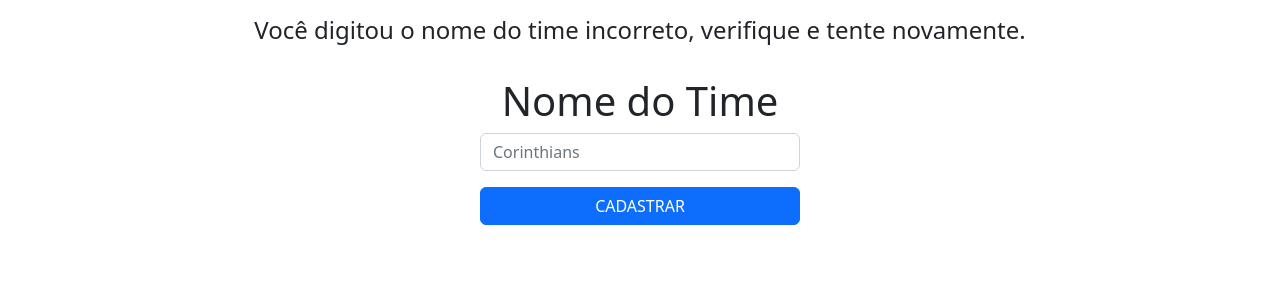
Repository: ricardodamaceno/Coeficiente-de-Variacao-de-Gols
Page: http://localhost/add-erro
These files come from the project's save history. The page is drawn as it stood at one moment and after the next save; the edit follows.
The browser window is 1280 px wide. The pictures show the whole page.
The page is this project's Thymeleaf template; nobody is signed in. The template is opened directly, without the code that normally fills it, so the values that code supplies are empty.

Above is the page before, as saved 2022-09-14 14:31:57.

### aposta-tozo/src/main/resources/templates/add-erro.html
<!DOCTYPE html>
<html xmlns:th="http://www.thymeleaf.org">
<head>
<meta name="viewport"
	content="width = device-width, initial-scale = 1, shrink-to-fit = no">
<!-- CSS only -->
<link
	href="https://cdn.jsdelivr.net/npm/bootstrap@5.2.1/dist/css/bootstrap.min.css"
	rel="stylesheet"
	integrity="sha384-iYQeCzEYFbKjA/T2uDLTpkwGzCiq6soy8tYaI1GyVh/UjpbCx/TYkiZhlZB6+fzT"
	crossorigin="anonymous">
<title>Apostas Esportivas</title>
</head>

<body>
<h4 class="mb-3 mt-3 text-center">Você digitou o nome do time incorreto, verifique e tente novamente.</h4>
<div class="col-md-3 rounded mx-auto d-block">
	<form method="post" action="/add">
		<div class="mb-3 text-center">
			<label for="exampleInputEmail1" class="form-label mt-3 h1">Nome do Time</label>
			<input type="text" placeholder="Corinthians" class="form-control" name="nomeTime">
		</div>
		<button type="submit" class="btn btn-primary rounded mx-auto d-block col-md-12">CADASTRAR</button>
	</form>
</div>
</body>
</html>

After the next save:
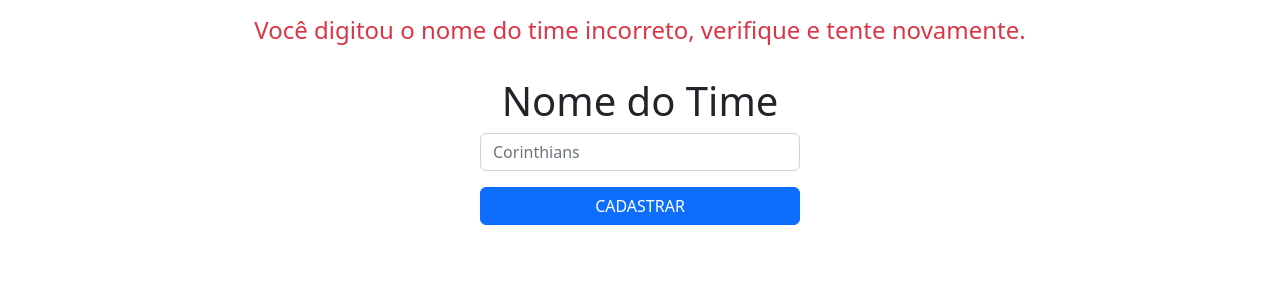
Saved 46 s later.
--- a/aposta-tozo/src/main/resources/templates/add-erro.html
+++ b/aposta-tozo/src/main/resources/templates/add-erro.html
@@ -13,7 +13,7 @@
 </head>
 
 <body>
-<h4 class="mb-3 mt-3 text-center">Você digitou o nome do time incorreto, verifique e tente novamente.</h4>
+<h4 class="mb-3 mt-3 text-center text-danger">Você digitou o nome do time incorreto, verifique e tente novamente.</h4>
 <div class="col-md-3 rounded mx-auto d-block">
 	<form method="post" action="/add">
 		<div class="mb-3 text-center">
